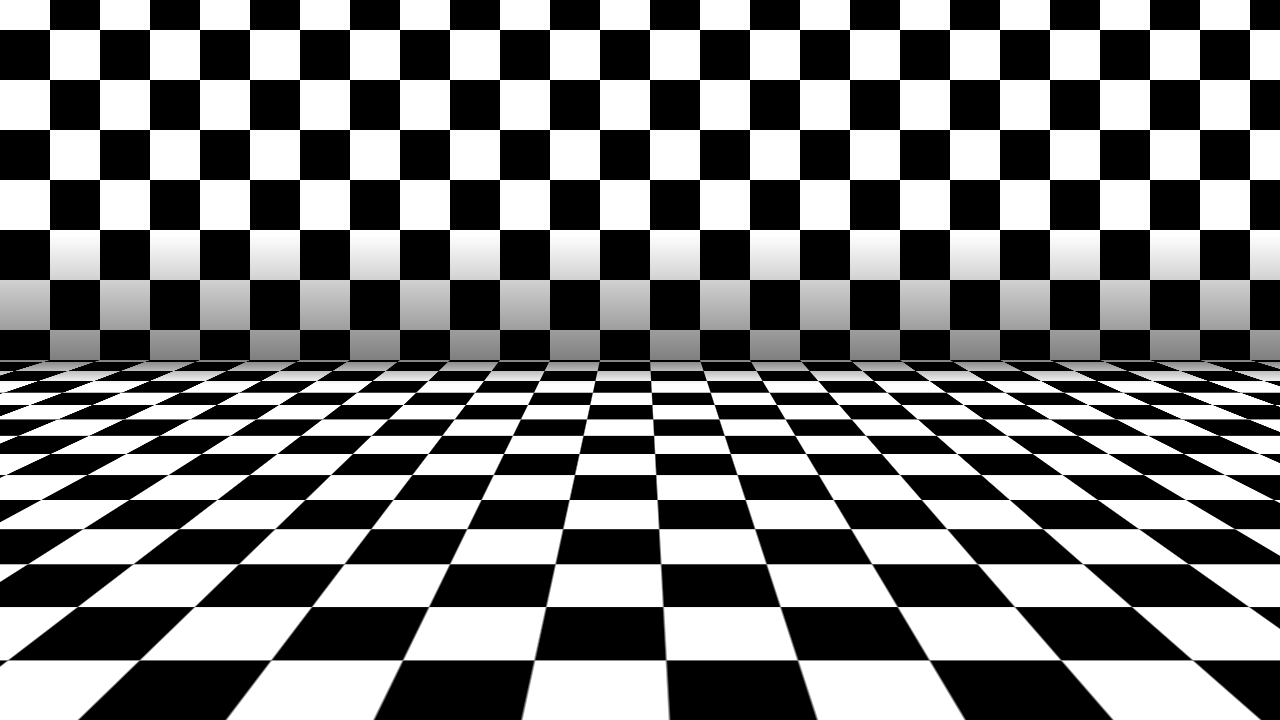
Repository: atwesson/portfoilo
Page: index.html
These files come from the project's save history. The page is drawn as it stood at one moment and after the next save; the edit follows.
The browser window is 1280 px wide. The pictures show the whole page.

Above is the page before, as saved 2021-11-17 10:33:45.

### index.html
<!DOCTYPE html>
<html lang="en">

<head>
    <meta charset="UTF-8">
    <meta http-equiv="X-UA-Compatible" content="IE=edge">
    <meta name="viewport" content="width=device-width, initial-scale=1.0">
    <link href="https://cdn.jsdelivr.net/npm/bootstrap@5.1.3/dist/css/bootstrap.min.css" rel="stylesheet"
        integrity="sha384-1BmE4kWBq78iYhFldvKuhfTAU6auU8tT94WrHftjDbrCEXSU1oBoqyl2QvZ6jIW3" crossorigin="anonymous">
    <link rel="stylesheet" type="text/css" href="style.css">
    <title>portfoilo
    </title>
</head>

<body>
    <section>
        <div class="pattern">
            <div class="face face1">
            </div>
            <div class="face face2"></div>
        </div>
    </section>



    <script src="https://cdn.jsdelivr.net/npm/bootstrap@5.1.3/dist/js/bootstrap.bundle.min.js"
        integrity="sha384-ka7Sk0Gln4gmtz2MlQnikT1wXgYsOg+OMhuP+IlRH9sENBO0LRn5q+8nbTov4+1p"
        crossorigin="anonymous"></script>
    <script src="scripts.js"></script>
</body>

</html>

### style.css
*
{
    margin: 0;
    padding: 0;
}

section{
    position: fixed;
    top: 0;
    left: 0;
    width: 100%;
    height: 100vh;
    overflow: hidden;
}
.pattern
{
    position: relative;
    transform-style: preserve-3d;
    perspective: 1000px;
    animation: animateBg 10s ease-in-out infinite;
}
@keyframes animateBg{
    0%{
        transform: scale(1.6) rotate();
    }
}
.pattern .face{
    position: relative;
    width: 100%;
    height: 50vh;
    background-image: url(./assets/check.jpg);
    background-size: 100px 100px;
    animation: animate 1s linear infinite;
}
@keyframes animate{
    0%{
        background-position: 0;
    }
    100%{
        background-position: 100px;
    }
}

.pattern .face.face2{
    height: 100vh;
    transform-origin: top;
    transform: rotateX(70deg);
}

.pattern .face1:before{
    content: '';
    position: absolute;
    bottom: 0;
    left: 0;
    height: 125px;
    width: 100%;
    height: 125px;
    background: linear-gradient(0deg,rgba(0,0,0,0.5), transparent);
}

.pattern .face2:before{
    content: '';
    position: absolute;
    bottom: top;
    left: 0;
    height: 125px;
    width: 100%;
    height: 125px;
    background: linear-gradient(180deg,rgba(0,0,0,0.5), transparent);
}

Loaded but not shown: scripts.js (no stored copy; drawn as an empty file)

After the next save:
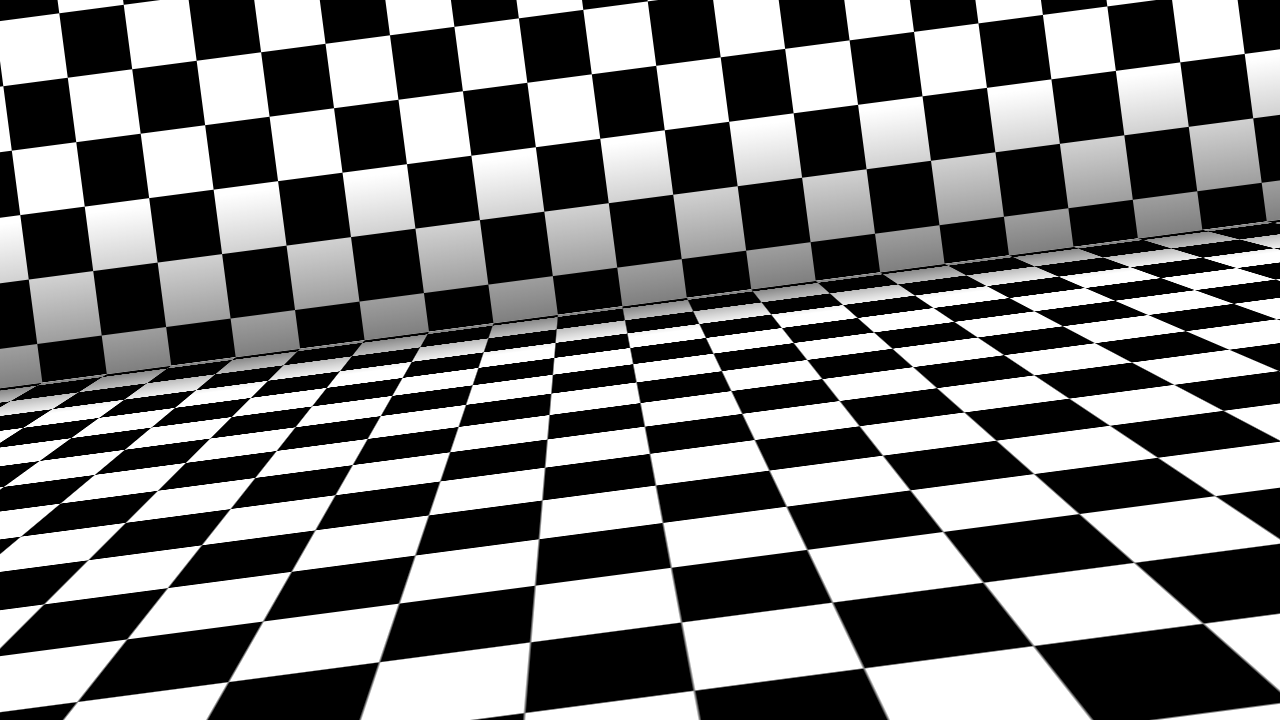
Saved 4 s later.
--- a/style.css
+++ b/style.css
@@ -21,7 +21,7 @@ section{
 }
 @keyframes animateBg{
     0%{
-        transform: scale(1.6) rotate();
+        transform: scale(1.6) rotate(-15deg);
     }
 }
 .pattern .face{
